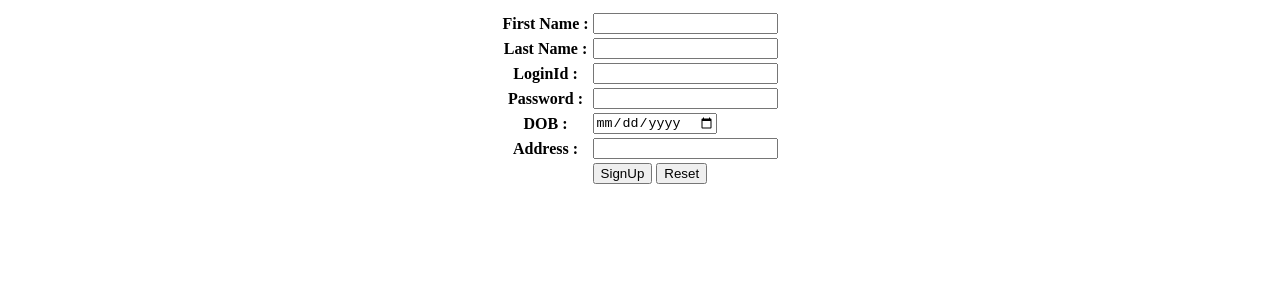
Repository: Jatdevta/AdvanceJava
Page: http://localhost/DynamicProject/UserRegistration.jsp
An editor plug-in stored every save of this project. The page is shown before and after the next save, followed by the edit.
The browser window is 1280 px wide. The pictures show the whole page.
The page is served by Tomcat 9.

Above is the page before, as saved 2023-08-18 07:01:27.

After the next save:
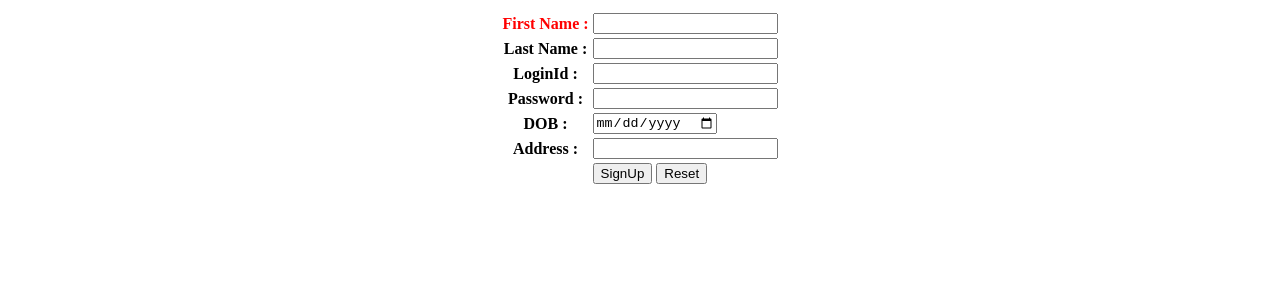
Saved 52 s later.
--- a/Advancejava/DynamicProject/WebContent/UserRegistration.jsp
+++ b/Advancejava/DynamicProject/WebContent/UserRegistration.jsp
@@ -26,7 +26,7 @@
 			<tr>
 
 
-				<th style= color:"red";> First Name :</th>
+				<th style=color:red;> First Name :</th>
 				<td><input type="text" name="firstName"></td>
 			</tr>
 			<tr>
